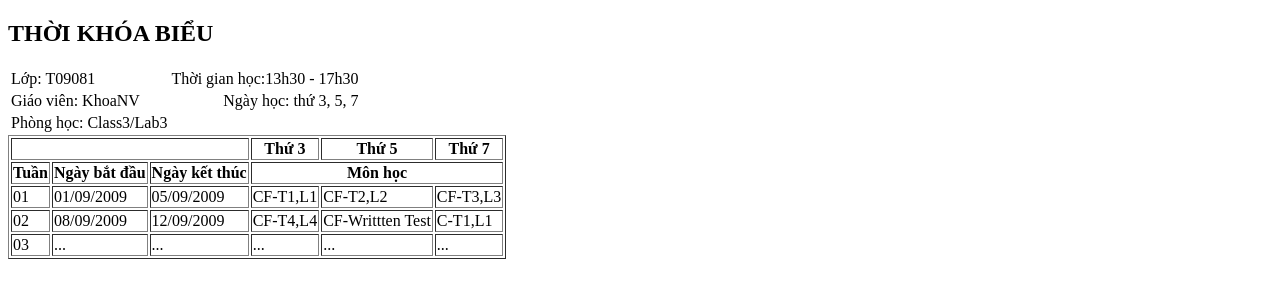
Repository: Lehuyhuynh/BT1-HTML
Page: index.html
An editor plug-in stored every save of this project. The page is shown before and after a run of saves, followed by the edit.
The browser window is 1280 px wide. The pictures show the whole page.

Above is the page before, as saved 2023-08-06 21:29:40.

### index.html
<!DOCTYPE html>
<html lang="en">
<head>
  <meta charset="UTF-8">
  <meta name="viewport" content="width=device-width, initial-scale=1.0">
  <title>THỜI KHÓA BIỂU</title>

  <style>

  </style>

</head>
<body>

  <div class>

    <div>
      <h2> THỜI KHÓA BIỂU</h2>
    </div>

    <div>
      <table id="table1">
          <tr>
              <td align="left">Lớp: T09081</td>
              <td align="right">Thời gian học:13h30 - 17h30</td>
          </tr>
          <tr>
              <td align="left">Giáo viên: KhoaNV</td>
              <td align="right">Ngày học: thứ 3, 5, 7 </td>
          </tr>
          <tr>
              <td align="left">Phòng học: Class3/Lab3</td>
          </tr>
      </table>
  </div>

    <div>
      <table border="1">
        <thead>

          <tr>
            <th colspan="3"></th>
            <th>Thứ 3</th>
            <th>Thứ 5</th>
            <th>Thứ 7</th>
          </tr>

          <tr>
            <th>Tuần</th>
            <th>Ngày bắt đầu</th>
            <th>Ngày kết thúc</th>
            <th colspan="3">Môn học</th>
          </tr>

        </thead>

        <tr>
          <td>01</td>
          <td>01/09/2009</td>
          <td>05/09/2009</td>
          <td>CF-T1,L1</td>
          <td>CF-T2,L2</td>
          <td>CF-T3,L3</td>
        </tr>

        <tr>
          <td>02</td>
          <td>08/09/2009</td>
          <td>12/09/2009</td>
          <td>CF-T4,L4</td>
          <td>CF-Writtten Test</td>
          <td>C-T1,L1</td>
        </tr>

        <tr>
          <td>03</td>
          <td>...</td>
          <td>...</td>
          <td>...</td>
          <td>...</td>
          <td>...</td>
        </tr>

      </table>
    </div>


  </div>

</body>
</html>

After the next 8 saves:
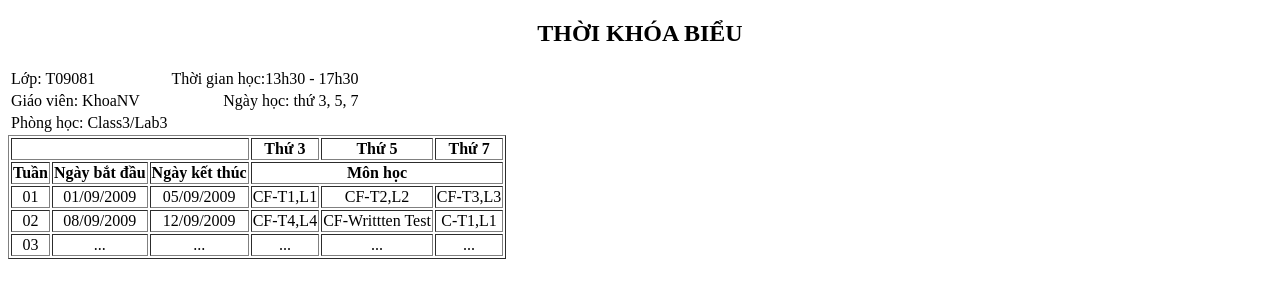
The 8 saves are shown as one change because they came seconds apart.
The last was saved 22 s later.
--- a/index.html
+++ b/index.html
@@ -7,12 +7,16 @@
 
   <style>
 
+    .home{
+      text-align: center;
+    }
+
   </style>
 
 </head>
 <body>
 
-  <div class>
+  <div class="home">
 
     <div>
       <h2> THỜI KHÓA BIỂU</h2>
